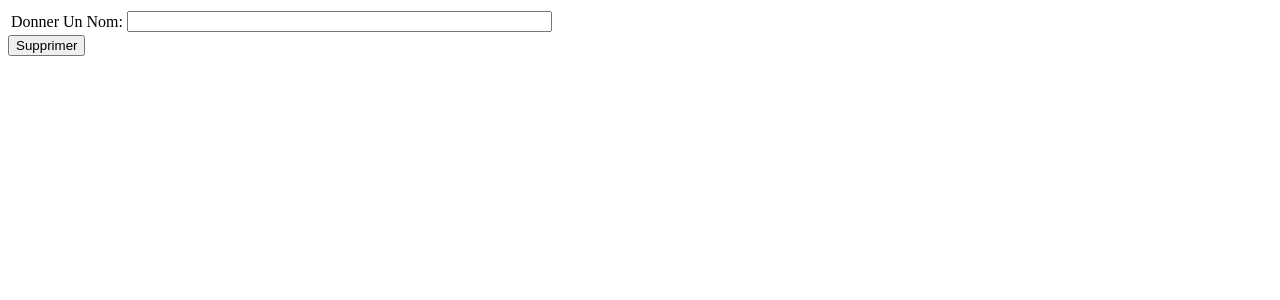
Repository: SenhajiMahmoud/testContact-Appartoo
Page: carnetAdresse/supprimerContact.html
These files come from the project's save history. The page is drawn as it stood at one moment and after the next save; the edit follows.
The browser window is 1280 px wide. The pictures show the whole page.

Above is the page before, as saved 2016-05-16 15:18:59.

After the next save:
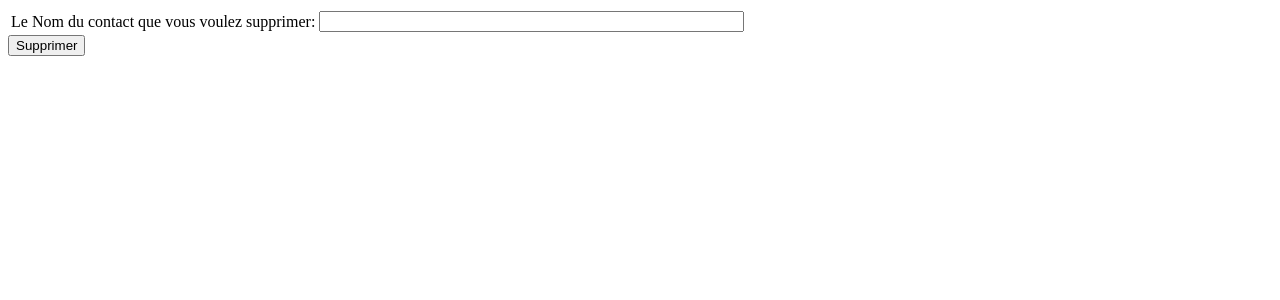
Saved 68 s later.
--- a/carnetAdresse/supprimerContact.html
+++ b/carnetAdresse/supprimerContact.html
@@ -8,7 +8,7 @@
 	<form action="supprimerContact.php" method="post">
 		<table>
 			<tr>
-				<td>Donner Un  Nom:</td>
+				<td>Le Nom du contact que vous voulez supprimer:</td>
 				<td> <input type="text" name="nom" size="50"/> </td>
 			</tr>
 
